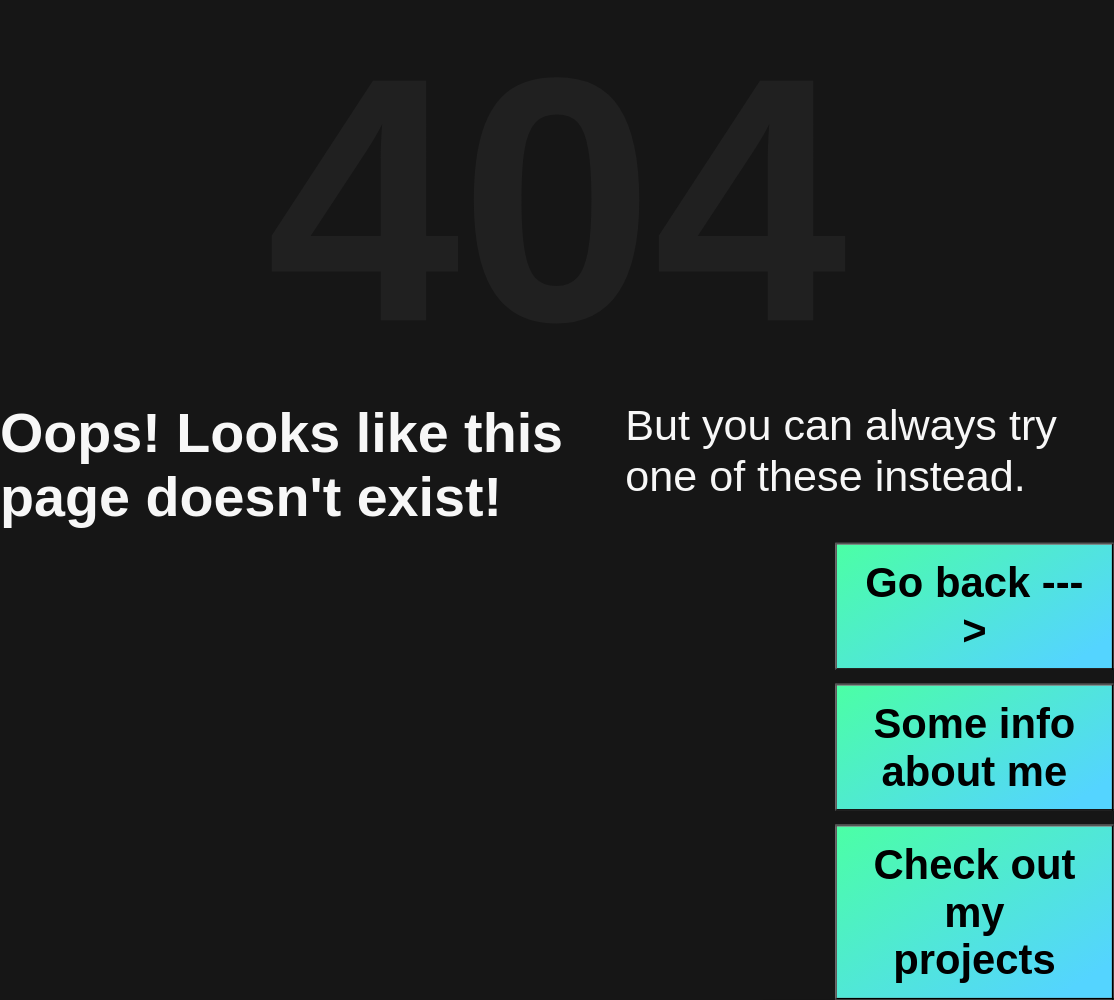
Repository: TeeJaysDev/Portfolio
Page: 404.html
An editor plug-in stored every save of this project. The page is shown before and after the next save, followed by the edit.
The browser window is 1280 px wide. The pictures show the whole page, at 87% of full size.

Above is the page before, as saved 2021-08-26 21:49:18.

### 404.html
<!DOCTYPE html>
<html lang="en">
<head>
    <meta charset="UTF-8">
    <meta http-equiv="X-UA-Compatible" content="IE=edge">
    <meta name="viewport" content="width=device-width, initial-scale=1.0">
    <script type="text/javascript" src="script.js"></script>
    <link rel="stylesheet" href="404.css">
    <link rel="preconnect" href="https://fonts.gstatic.com">
    <link href="https://fonts.googleapis.com/css2?family=Raleway&display=swap" rel="stylesheet">
    <title>Tymon Jędryczka | Portfolio</title>
</head>
<body>
    <section class="error">
        <h2>
            404
        </h2>
        <h1>
            Oops! Looks like this page doesn't exist!
            <span>But you can always try one of these instead.</span>
        </h1>
        <button>
            <a href="https://teejay.dev" target="_blank" rel="noopener">Go back ---></a>
        </button>
        <button>
            <a href="https://teejay.dev/#about" target="_blank" rel="noopener">Some info about me</a>
        </button>
        <button>
            <a href="https://teejay.dev/#projects" target="_blank" rel="noopener">Check out my projects</a>
        </button>
    </section>
</body>
</html>

### 404.css
* {
    margin: 0;
    padding: 0;
    box-sizing: border-box;
    font-family: sans-serif;
    text-decoration: none;
    list-style: none;
    z-index: 1;
}

body {
    background-color: #161616;
}

h1, h1 span {
    display: flex;
    font-family: Arial, Helvetica, sans-serif;
    color: #F7F7F7;
    justify-content: center;
}

h1 {
    font-size: 4rem;
    font-weight: 700;
}

h1 span {
    font-size: 3.1rem;
    font-weight: 400;
}

h2 {
    display: flex;
    justify-content: center;
    color: #202020;
    font-size: 25rem;
    z-index: 0;
}

button a {
    text-align: center;
    font-size: 3rem;
    color: #000000;
}

button {
    padding: 1rem 2rem 1rem 2rem;
    width: 20rem;
    font-weight: bold;
    text-align: center;
    margin-left: 60rem;
    margin-top: 1rem;
    background-image: linear-gradient(147deg, #4bffa5, #54d4ff 90%);
    color: #000000;
    cursor: pointer;
}

@media only screen
and (min-width: 320px)
and (max-width: 375px) {

    h1 {
        min-width: 17ch;
        text-align: right;
        margin-left: 1.5rem;
        margin-top: 4rem;
        font-size: 2rem;
    }

    h2 {
        margin-top: 7rem;
        margin-left: 0.5rem;
        font-size: 12rem;
    }

    button {
        margin-top: 5rem;
        margin-left: 0.3rem;
    }
}

@media only screen
and (min-width: 375px)
and (max-width: 425px) {

    h1 {
        min-width: 20ch;
        text-align: right;
        margin-left: 1rem;
        margin-top: 4rem;
        font-size: 2rem;
    }

    h2 {
        margin-top: 7rem;
        margin-left: 2rem;
        font-size: 12rem;
    }

    button {
        margin-top: 10rem;
        margin-left: 2rem;
    }
}

@media only screen
and (min-width: 425px)
and (max-width: 768px) {

    h1 {
        text-align: right;
        margin-left: 2rem;
        margin-top: 4rem;
        font-size: 2rem;
    }

    h2 {
        margin-top: 7rem;
        margin-left: 3rem;
        font-size: 12rem;
    }

    button {
        margin-top: 5rem;
        margin-left: 3rem;
    }
}

@media only screen
and (min-width: 768px)
and (max-width: 1024px) {

    h1 {
        text-align: right;
        margin-left: 2rem;
        margin-top: 4rem;
        font-size: 2rem;
    }

    h2 {
        margin-top: 3rem;
        margin-left: 3rem;
        font-size: 25rem;
    }

    button {
        margin-top: 3rem;
        margin-left: 15rem;
    }
}

Loaded but not shown: script.js (no stored copy; drawn as an empty file)

After the next save:
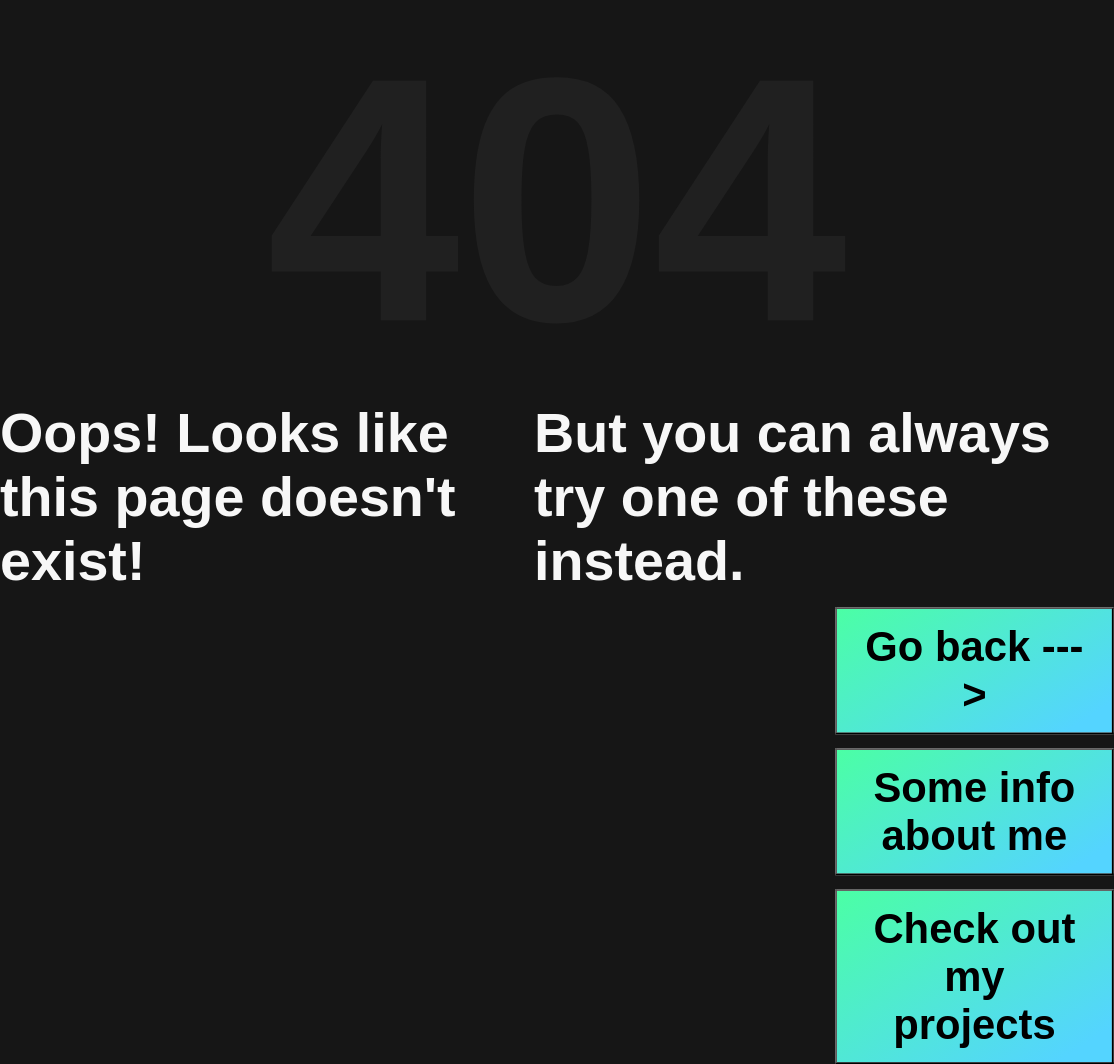
Saved 6 s later.
--- a/404.html
+++ b/404.html
@@ -17,7 +17,7 @@
         </h2>
         <h1>
             Oops! Looks like this page doesn't exist!
-            <span>But you can always try one of these instead.</span>
+            <p>But you can always try one of these instead.</p>
         </h1>
         <button>
             <a href="https://teejay.dev" target="_blank" rel="noopener">Go back ---></a>

After the 4 saves that followed:
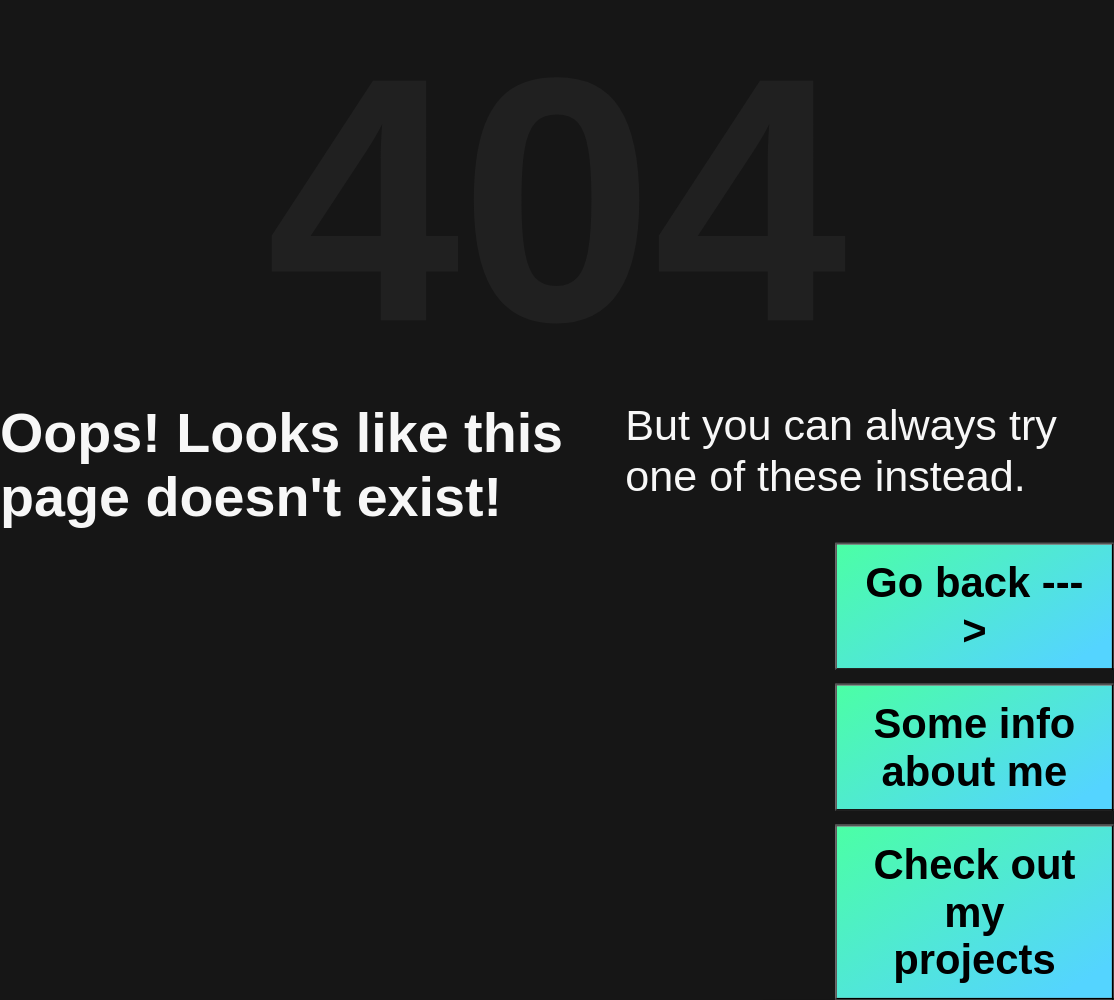
The 4 saves are shown as one change because 2 left the picture as it was and some came seconds apart.
The last was saved 19 s later.
--- a/404.css
+++ b/404.css
@@ -12,7 +12,7 @@ body {
     background-color: #161616;
 }
 
-h1, h1 span {
+h1, h1 p {
     display: flex;
     font-family: Arial, Helvetica, sans-serif;
     color: #F7F7F7;
@@ -24,7 +24,7 @@ h1 {
     font-weight: 700;
 }
 
-h1 span {
+h1 p {
     font-size: 3.1rem;
     font-weight: 400;
 }
